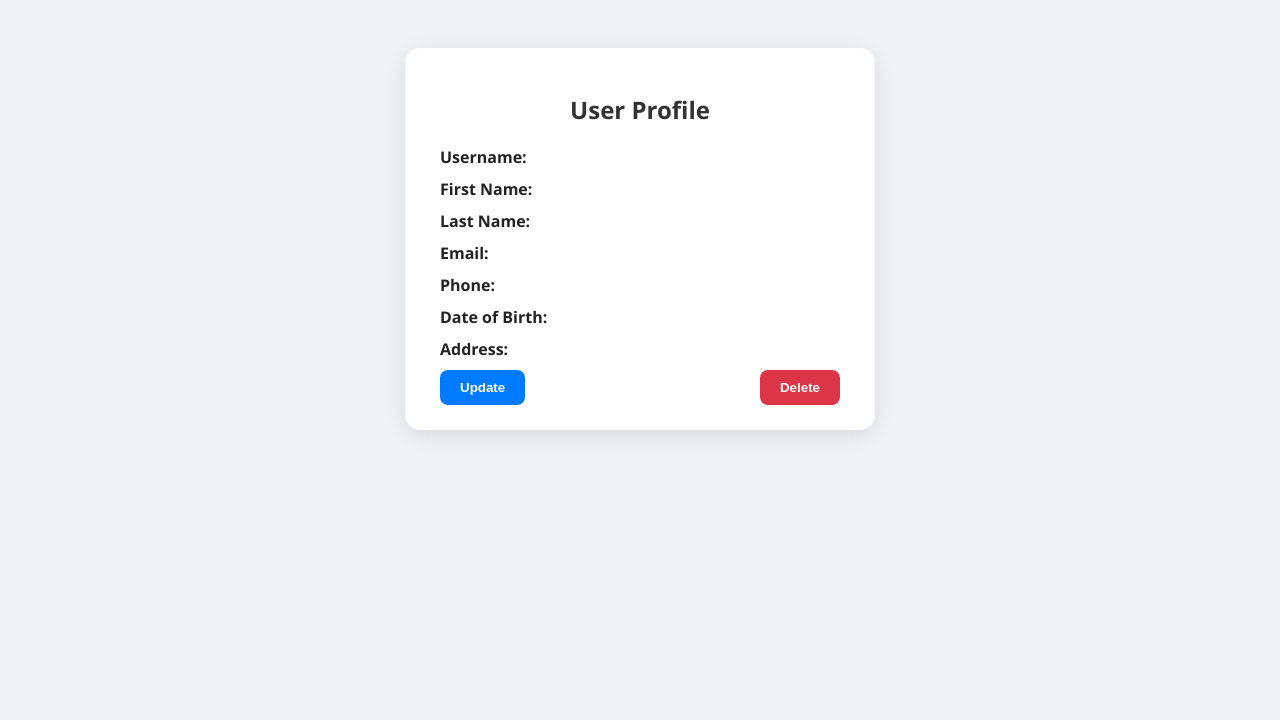
Repository: Yernaidu-laveti/paymentapp
Page: http://localhost/springpaymentapp/WEB-INF/views/profile.jsp
The author's editor kept a copy of each file at every save. The page is drawn from the files as they stood at one save, then again after the next save.
The browser window is 1280 px wide. The pictures show the whole page.
After loading, the first visible `button.update-btn` was clicked once.
The page is served by Tomcat 9. Nobody is signed in. Other server files are loaded and not shown. The template is opened directly, without the code that normally fills it, so the values that code supplies are empty.

Above is the page before, as saved 2025-04-07 18:36:15.
Console error: TypeError: Cannot read properties of null (reading 'innerText')

### springpaymentapp/src/main/webapp/WEB-INF/views/profile.jsp


	<!DOCTYPE html>
	<html lang="en">
	<head>
	  <meta charset="UTF-8">
	  <title>User Profile</title>
	  <style>
	    body {
	      font-family: 'Segoe UI', sans-serif;
	      background-color: #f0f2f5;
	      display: flex;
	      justify-content: center;
	      padding: 40px;
	    }

	    .profile-card {
	      background: #fff;
	      padding: 25px 35px;
	      border-radius: 15px;
	      box-shadow: 0 5px 20px rgba(0,0,0,0.1);
	      width: 400px;
	      position: relative;
	    }

	    .profile-card h2 {
	      margin-bottom: 20px;
	      color: #333;
	      text-align: center;
	    }

	    .profile-info p {
	      margin: 10px 0;
	      font-size: 16px;
	      color: #555;
	    }

	    .profile-info span {
	      font-weight: bold;
	      color: #222;
	    }

	    .profile-actions {
	      display: flex;
	      justify-content: space-between;
	    }

	    .profile-actions button {
	      padding: 10px 20px;
	      border: none;
	      border-radius: 8px;
	      font-weight: bold;
	      cursor: pointer;
	      transition: 0.3s;
	    }

	    .update-btn {
	      background-color: #007bff;
	      color: white;
	    }

	    .update-btn:hover {
	      background-color: #0056b3;
	    }

	    .delete-btn {
	      background-color: #dc3545;
	      color: white;
	    }

	    .delete-btn:hover {
	      background-color: #a71d2a;
	    }

	    .update-form {
	      display: none;
	      margin-top: 20px;
	    }

	    .update-form input, .update-form textarea {
	      width: 100%;
	      padding: 10px;
	      margin: 8px 0;
	      border: 1px solid #ccc;
	      border-radius: 6px;
	    }

	    .update-form button {
	      margin-top: 10px;
	      width: 100%;
	      background-color: #28a745;
	      color: white;
	      padding: 10px;
	      border: none;
	      border-radius: 8px;
	      font-weight: bold;
	      cursor: pointer;
	    }

	    .update-form button:hover {
	      background-color: #1e7e34;
	    }

	    /* Delete confirmation popup */
	    .modal {
	      display: none;
	      position: fixed;
	      z-index: 10;
	      left: 0;
	      top: 0;
	      width: 100%;
	      height: 100%;
	      overflow: auto;
	      background-color: rgba(0,0,0,0.5);
	    }

	    .modal-content {
	      background-color: #fff;
	      margin: 15% auto;
	      padding: 20px;
	      border-radius: 10px;
	      width: 300px;
	      text-align: center;
	    }

	    .modal-content button {
	      padding: 8px 16px;
	      margin: 10px;
	      border: none;
	      border-radius: 6px;
	      cursor: pointer;
	    }

	    .yes-btn {
	      background-color: #dc3545;
	      color: white;
	    }

	    .no-btn {
	      background-color: #6c757d;
	      color: white;
	    }
	  </style>
	</head>
	<body>

	  <div class="profile-card">
	    <h2>User Profile</h2>

	    <div class="profile-info" id="profileInfo">
			<p><span>Username:</span> ${userName}</p>
				      <p><span>First Name:</span> ${firstName}</p>
				      <p><span>Last Name:</span> ${lastName}</p>
				      <p><span>Email:</span> ${email}</p>
				      <p><span>Phone:</span>${phoneNum}</p>
				      <p><span>Date of Birth:</span> ${dob}</p>
				      <p><span>Address:</span> ${address}</p>

	    </div>

	    <div class="profile-actions">
	      <button class="update-btn" onclick="showUpdateForm()">Update</button>
	      <button class="delete-btn" onclick="openModal()">Delete</button>
	    </div>

	    <div class="update-form" id="updateForm">
	      <input type="text" id="u_username" placeholder="Username">
	      <input type="text" id="u_firstName" placeholder="First Name">
	      <input type="text" id="u_lastName" placeholder="Last Name">
	      <input type="email" id="u_email" placeholder="Email">
	      <input type="text" id="u_phone" placeholder="Phone Number">
	      <input type="date" id="u_dob">
	      <textarea id="u_address" rows="2" placeholder="Address"></textarea>
	      <button onclick="submitUpdate()">Submit</button>
	    </div>
	  </div>

	  <!-- Delete Confirmation Modal -->
	  <div id="deleteModal" class="modal">
	    <div class="modal-content">
	      <p>Are you sure you want to delete this profile?</p>
	      <button class="yes-btn" onclick="confirmDelete()">Yes</button>
	      <button class="no-btn" onclick="closeModal()">No</button>
	    </div>
	  </div>

	  <script>
	    function showUpdateForm() {
	      // Fill form with current values
	      document.getElementById("u_username").value = document.getElementById("username").innerText;
	      document.getElementById("u_firstName").value = document.getElementById("firstName").innerText;
	      document.getElementById("u_lastName").value = document.getElementById("lastName").innerText;
	      document.getElementById("u_email").value = document.getElementById("email").innerText;
	      document.getElementById("u_phone").value = document.getElementById("phone").innerText;
	      document.getElementById("u_dob").value = document.getElementById("dob").innerText;
	      document.getElementById("u_address").value = document.getElementById("address").innerText;

	      document.getElementById("updateForm").style.display = "block";
	    }

	    function submitUpdate() {
	      // Update values on profile
	      document.getElementById("username").innerText = document.getElementById("u_username").value;
	      document.getElementById("firstName").innerText = document.getElementById("u_firstName").value;
	      document.getElementById("lastName").innerText = document.getElementById("u_lastName").value;
	      document.getElementById("email").innerText = document.getElementById("u_email").value;
	      document.getElementById("phone").innerText = document.getElementById("u_phone").value;
	      document.getElementById("dob").innerText = document.getElementById("u_dob").value;
	      document.getElementById("address").innerText = document.getElementById("u_address").value;

	      alert("Profile updated successfully!");
	      document.getElementById("updateForm").style.display = "none";
	    }

	    function openModal() {
	      document.getElementById("deleteModal").style.display = "block";
	    }

	    function closeModal() {
	      document.getElementById("deleteModal").style.display = "none";
	    }

	    function confirmDelete() {
	      alert("Profile deleted!");
	      closeModal();
	      // Optional: clear profile details or redirect
	    }
	  </script>

	</body>
	</html>

After the next save:
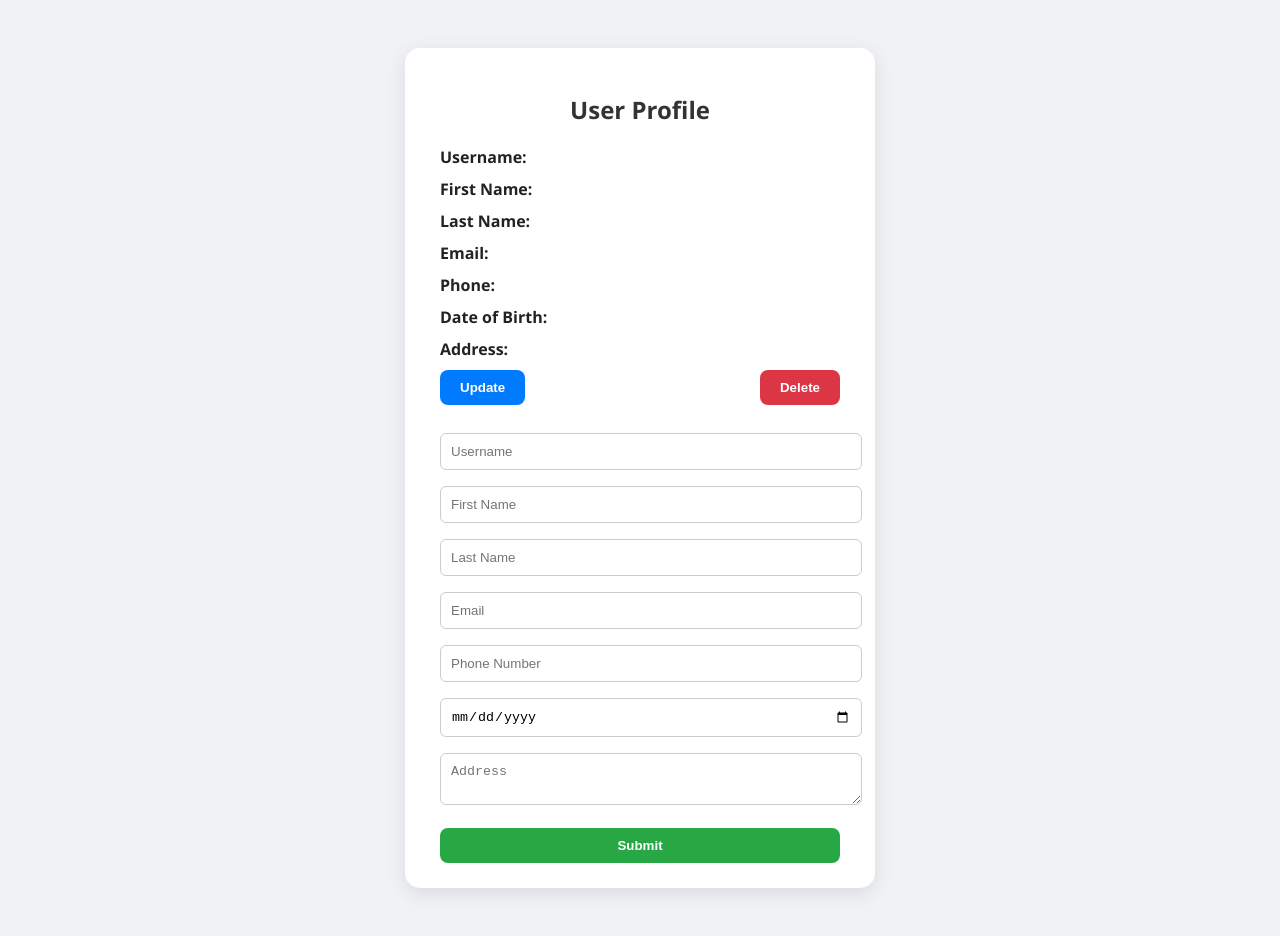
The error is gone.
Saved 3 min 8 s later.
--- a/springpaymentapp/src/main/webapp/WEB-INF/views/profile.jsp
+++ b/springpaymentapp/src/main/webapp/WEB-INF/views/profile.jsp
@@ -187,13 +187,6 @@
 	  <script>
 	    function showUpdateForm() {
 	      // Fill form with current values
-	      document.getElementById("u_username").value = document.getElementById("username").innerText;
-	      document.getElementById("u_firstName").value = document.getElementById("firstName").innerText;
-	      document.getElementById("u_lastName").value = document.getElementById("lastName").innerText;
-	      document.getElementById("u_email").value = document.getElementById("email").innerText;
-	      document.getElementById("u_phone").value = document.getElementById("phone").innerText;
-	      document.getElementById("u_dob").value = document.getElementById("dob").innerText;
-	      document.getElementById("u_address").value = document.getElementById("address").innerText;
 
 	      document.getElementById("updateForm").style.display = "block";
 	    }
